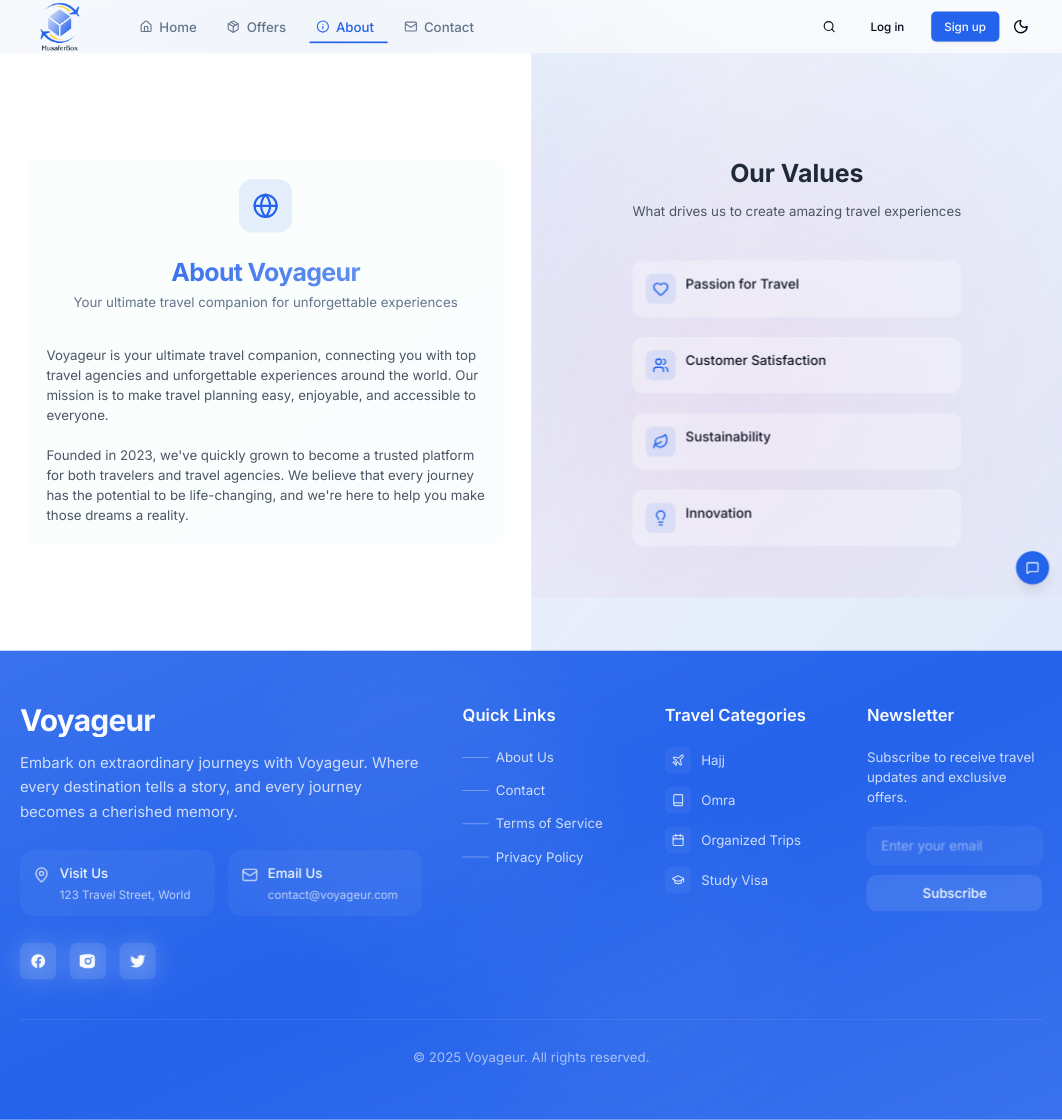
Repository: SYK3S999/musafir-box-platform
Page: /about
These files come from the project's save history. The page is drawn as it stood at one moment and after the next save; the edit follows.
The browser window is 1280 px wide. The pictures show the whole page, at 83% of full size.
The project was rebuilt for these pictures with package versions that can differ from the ones it lists, and the page was loaded fresh each time. The framework's server and built-in components were replaced by stand-ins that run in the browser. Also part of the build but not shown: next.config.mjs, components/ui/input.tsx, components/ui/avatar.tsx, components/ui/dropdown-menu.tsx.

Above is the page before, as saved 2025-02-13 00:20:41.

### app/layout.tsx
"use client"

import "./globals.css"
import { Inter } from "next/font/google"
import Header from "@/components/Header"
import Footer from "@/components/Footer"
import { Toaster } from "@/components/ui/toaster"
import { ThemeProvider } from "@/components/theme-provider"
import { AnimatePresence, motion } from "framer-motion"
import type React from "react"
import Chatbot from "@/components/Chatbot"
import { AuthProvider } from "@/contexts/AuthContext"
import { AdminProvider } from "@/contexts/AdminContext"

const inter = Inter({ subsets: ["latin"] })

// export const metadata = {
//   title: "Voyageur - Your Ultimate Travel Companion",
//   description: "Discover and book amazing travel experiences with top agencies worldwide",
// }

export default function RootLayout({
  children,
}: {
  children: React.ReactNode
}) {
  return (
    <html lang="en" suppressHydrationWarning>
      <body className={`${inter.className} min-h-screen bg-background text-foreground antialiased`}>
        <AuthProvider>
          <AdminProvider>
            <ThemeProvider attribute="class" defaultTheme="system" enableSystem>
              <div className="relative flex min-h-screen flex-col">
                <Header />
                <AnimatePresence mode="wait">
                  <motion.main
                    className="flex-1"
                    initial={{ opacity: 0, y: 20 }}
                    animate={{ opacity: 1, y: 0 }}
                    exit={{ opacity: 0, y: 20 }}
                    transition={{ duration: 0.3 }}
                  >
                    {children}
                  </motion.main>
                </AnimatePresence>
                <Footer />
              </div>
              <Toaster />
              <Chatbot />
            </ThemeProvider>
          </AdminProvider>
        </AuthProvider>
      </body>
    </html>
  )
}

### app/globals.css
@tailwind base;
@tailwind components;
@tailwind utilities;

@layer base {
  :root {
    --background: 210 40% 98%;
    --foreground: 222.2 84% 4.9%;

    --card: 0 0% 100%;
    --card-foreground: 222.2 84% 4.9%;

    --popover: 0 0% 100%;
    --popover-foreground: 222.2 84% 4.9%;

    --primary: 221 83% 53%;
    --primary-foreground: 210 40% 98%;

    --secondary: 210 40% 96.1%;
    --secondary-foreground: 222.2 47.4% 11.2%;

    --muted: 210 40% 96.1%;
    --muted-foreground: 215.4 16.3% 46.9%;

    --accent: 210 40% 96.1%;
    --accent-foreground: 222.2 47.4% 11.2%;

    --destructive: 0 84.2% 60.2%;
    --destructive-foreground: 210 40% 98%;

    --border: 214.3 31.8% 91.4%;
    --input: 214.3 31.8% 91.4%;
    --ring: 221 83% 53%;

    --radius: 0.5rem;
  }

  .dark {
    --background: 222 47% 11%;
    --foreground: 213 31% 91%;

    --card: 222 47% 11%;
    --card-foreground: 213 31% 91%;

    --popover: 222 47% 11%;
    --popover-foreground: 213 31% 91%;

    --primary: 217 91% 60%;
    --primary-foreground: 222.2 47.4% 11.2%;

    --secondary: 217 32% 17%;
    --secondary-foreground: 210 40% 98%;

    --muted: 217 32% 17%;
    --muted-foreground: 215 20% 65%;

    --accent: 217 32% 17%;
    --accent-foreground: 210 40% 98%;

    --destructive: 0 62.8% 30.6%;
    --destructive-foreground: 210 40% 98%;

    --border: 217 32% 17%;
    --input: 217 32% 17%;
    --ring: 224 76% 48%;
  }
}

@layer base {
  * {
    @apply border-border;
  }
  body {
    @apply bg-background text-foreground;
  }
}

.bg-primary-gradient {
  @apply bg-gradient-to-br from-primary/90 via-primary to-primary/90;
}

.dark .bg-primary-gradient {
  @apply bg-gradient-to-br from-primary/20 via-primary/30 to-primary/20;
}

### components/Header.tsx
"use client"

import { useState, useEffect } from "react"
import Link from "next/link"
import Image from "next/image"
import { usePathname } from "next/navigation"
import { motion, AnimatePresence } from "framer-motion"
import { Button } from "@/components/ui/button"
import { Input } from "@/components/ui/input"
import { Sheet, SheetContent, SheetTrigger } from "@/components/ui/sheet"
import { Menu, X, Search, Home, Package, Info, Mail, User, Calendar, LogOut,  LayoutDashboard,Users,Building2, } from "lucide-react"
import { ModeToggle } from "@/components/mode-toggle"
import { useAuth } from "@/contexts/AuthContext"
import { Avatar, AvatarFallback, AvatarImage } from "@/components/ui/avatar"
import {

  DropdownMenu,
  DropdownMenuContent,
  DropdownMenuItem,
  DropdownMenuLabel,
  DropdownMenuSeparator,
  DropdownMenuTrigger,
} from "@/components/ui/dropdown-menu"



const getNavItems = (role: string | undefined) => {
  const commonItems = [
    { name: "Home", path: "/", icon: Home },
    { name: "Offers", path: "/offers", icon: Package },
    { name: "About", path: "/about", icon: Info },
    { name: "Contact", path: "/contact", icon: Mail },

  ]

  const clientItems = [
    { name: "My Bookings", path: "/client/bookings", icon: Calendar },
    { name: "Wishlist", path: "/client/wishlist", icon: Package },
    { name: "Travel Alone", path: "/client/travel-alone", icon: Calendar },
    // { name: "Profile", path: "/client/profile", icon: User },
  ]

  const agencyItems = [
    { name: "My Offers", path: "/agency/offers", icon: Package },
    { name: "Reviews", path: "/agency/reviews", icon: Calendar },
    // { name: "Profile", path: "/agency/profile", icon: User },
  ]
  const adminItems = [
    { name: "Dashboard", path: "/admin/dashboard", icon: LayoutDashboard },
    { name: "Users", path: "/admin/users", icon: Users },
    { name: "Agencies", path: "/admin/agencies", icon: Building2 },
  ]

  if (role === "client") {
    return [...commonItems, ...clientItems]
  } else if (role === "agency") {
    return [...commonItems, ...agencyItems]
  } else if (role === "admin") {
    return [...commonItems, ...adminItems]
  }
  return commonItems
}

const Header = () => {
  const { user, logout } = useAuth()
  const [isSearchOpen, setIsSearchOpen] = useState(false)
  const [isMobileMenuOpen, setIsMobileMenuOpen] = useState(false)
  const [scrolled, setScrolled] = useState(false)
  const pathname = usePathname()

  const isActive = (path: string) => pathname === path

  useEffect(() => {
    const handleScroll = () => {
      setScrolled(window.scrollY > 20)
    }
    window.addEventListener("scroll", handleScroll)
    return () => window.removeEventListener("scroll", handleScroll)
  }, [])

  const navItems = getNavItems(user?.role)

  return (
    <motion.header
      className={`sticky top-0 z-50 w-full transition-all duration-300 ${
        scrolled
          ? "bg-background/80 backdrop-blur-lg shadow-lg dark:bg-background/90 dark:shadow-primary/5"
          : "bg-background/50 backdrop-blur-sm dark:bg-background/70"
      }`}
      initial={{ y: -100 }}
      animate={{ y: 0 }}
      transition={{ type: "spring", stiffness: 100, damping: 20 }}
    >
      <div className="container flex h-16 items-center px-4 sm:px-6 lg:px-8">
        <div className="mr-4 flex items-center flex-1">
          {/* Logo is now shown regardless of authentication status */}
            <Link href="/" className="mr-4 sm:mr-10 flex items-center space-x-2">
            <Image
              src="/Musafer.png"
              alt="Voyageur Logo"
              width={100}
              height={30}
              className="w-24 sm:w-20 h-auto !block ml-0" // Force visibility and move to the left
              priority
            />
            </Link>
          <nav className="hidden md:flex items-center space-x-1">
            {navItems.map((item) => (
              <Link key={item.path} href={item.path}>
                <motion.div
                  className={`px-4 py-2 rounded-lg flex items-center space-x-2 transition-colors relative ${
                    isActive(item.path)
                      ? "text-primary dark:text-primary"
                      : "text-muted-foreground hover:text-primary dark:text-muted-foreground dark:hover:text-primary"
                  }`}
                  whileHover={{ scale: 1.05 }}
                  whileTap={{ scale: 0.95 }}
                >
                  <item.icon className="w-4 h-4" />
                  <span className="font-medium">{item.name}</span>
                  {isActive(item.path) && (
                    <motion.div
                      className="absolute bottom-0 left-0 right-0 h-0.5 bg-primary"
                      layoutId="navbar-indicator"
                    />
                  )}
                </motion.div>
              </Link>
            ))}
          </nav>
        </div>


        <Sheet open={isMobileMenuOpen} onOpenChange={setIsMobileMenuOpen}>
          <SheetTrigger asChild>
            <Button variant="ghost" className="md:hidden" onClick={() => setIsMobileMenuOpen(!isMobileMenuOpen)}>
              <motion.div whileHover={{ scale: 1.1 }} whileTap={{ scale: 0.9 }}>
                {isMobileMenuOpen ? <X className="h-5 w-5" /> : <Menu className="h-5 w-5" />}
              </motion.div>
              <span className="sr-only">Toggle Menu</span>
            </Button>
          </SheetTrigger>
          <SheetContent side="left" className="w-[300px] sm:w-[400px]">
            <MobileNav navItems={navItems} />
          </SheetContent>
        </Sheet>

        <div className="flex items-center justify-end space-x-2 sm:space-x-4 flex-1">
          <AnimatePresence mode="wait">
            {isSearchOpen ? (
              <motion.div
                initial={{ width: 0, opacity: 0 }}
                animate={{ width: "100%", opacity: 1 }}
                exit={{ width: 0, opacity: 0 }}
                transition={{ duration: 0.3 }}
                className="relative"
              >
                <Input
                  type="search"
                  placeholder="Search destinations..."
                  className="pr-10 w-full md:w-[300px] lg:w-[400px] bg-background/50 backdrop-blur-sm border-primary/20 focus:border-primary"
                  autoFocus
                />
                <Button
                  size="icon"
                  variant="ghost"
                  className="absolute right-0 top-0 h-full"
                  onClick={() => setIsSearchOpen(false)}
                >
                  <X className="h-4 w-4" />
                </Button>
              </motion.div>
            ) : (
              <motion.div initial={{ scale: 0 }} animate={{ scale: 1 }} exit={{ scale: 0 }}>
                <Button
                  size="icon"
                  variant="ghost"
                  onClick={() => setIsSearchOpen(true)}
                  className="hover:bg-primary/10"
                >
                  <Search className="h-4 w-4" />
                </Button>
              </motion.div>
            )}
          </AnimatePresence>

          <nav className="flex items-center space-x-2">
            {user ? (
              <DropdownMenu>
                <DropdownMenuTrigger asChild>
                  <Button variant="ghost" className="relative h-8 w-8 rounded-full">
                    <Avatar className="h-8 w-8">
                      <AvatarImage src="/avatars/01.png" alt={user.name} />
                      <AvatarFallback>{user.name.charAt(0)}</AvatarFallback>
                    </Avatar>
                  </Button>
                </DropdownMenuTrigger>
                <DropdownMenuContent className="w-56" align="end" forceMount>
                  <DropdownMenuLabel className="font-normal">
                    <div className="flex flex-col space-y-1">
                      <p className="text-sm font-medium leading-none">{user.name}</p>
                      <p className="text-xs leading-none text-muted-foreground">{user.email}</p>
                    </div>
                  </DropdownMenuLabel>
                  <DropdownMenuSeparator />
                  <DropdownMenuItem asChild>
                    <Link href={`/${user.role}/profile`}>
                      <User className="mr-2 h-4 w-4" />
                      <span>Profile</span>
                    </Link>
                  </DropdownMenuItem>

                  <DropdownMenuSeparator />
                  <DropdownMenuItem onClick={logout}>
                    <LogOut className="mr-2 h-4 w-4" />
                    <span>Log out</span>
                  </DropdownMenuItem>
                </DropdownMenuContent>
              </DropdownMenu>
            ) : (
              <>
                <Button variant="ghost" asChild className="mr-2">
                  <Link href="/login">Log in</Link>
                </Button>
                <Button asChild>
                  <Link href="/register">Sign up</Link>
                </Button>
              </>
            )}
            <ModeToggle />
          </nav>
        </div>
      </div>
    </motion.header>
  )
}

const MobileNav = ({ navItems }: { navItems: { name: string; path: string; icon: any }[] }) => {
  return (
    <div className="min-h-screen bg-background pt-6 pb-20">
      <div className="px-6 pb-6 mb-6 border-b">
        {/* Logo in mobile menu is now shown regardless of authentication status */}
        <Link href="/" className="mr-4 sm:mr-8 flex items-center space-x-2 relative group">
          <Image
            src="/Musafer.png"
            alt="Voyageur Logo"
            width={120}
            height={40}
            className="w-24 sm:w-32"
          />
        </Link>
      </div>
      <nav className="px-3">
        {navItems.map((item) => (
          <Link key={item.path} href={item.path}>
            <motion.div
              className="flex items-center space-x-4 px-3 py-4 rounded-lg hover:bg-primary/10 transition-colors"
              whileHover={{ x: 5 }}
              whileTap={{ scale: 0.98 }}
            >
              <item.icon className="w-5 h-5" />
              <span className="font-medium">{item.name}</span>
            </motion.div>
          </Link>
        ))}
      </nav>
    </div>
  )
}

export default Header

### components/ui/toaster.tsx
"use client"

import { useToast } from "@/hooks/use-toast"
import {
  Toast,
  ToastClose,
  ToastDescription,
  ToastProvider,
  ToastTitle,
  ToastViewport,
} from "@/components/ui/toast"

export function Toaster() {
  const { toasts } = useToast()

  return (
    <ToastProvider>
      {toasts.map(function ({ id, title, description, action, ...props }) {
        return (
          <Toast key={id} {...props}>
            <div className="grid gap-1">
              {title && <ToastTitle>{title}</ToastTitle>}
              {description && (
                <ToastDescription>{description}</ToastDescription>
              )}
            </div>
            {action}
            <ToastClose />
          </Toast>
        )
      })}
      <ToastViewport />
    </ToastProvider>
  )
}

### components/theme-provider.tsx
"use client"
import { ThemeProvider as NextThemesProvider } from "next-themes"
import type { ThemeProviderProps } from "next-themes"

export function ThemeProvider({ children, ...props }: ThemeProviderProps) {
  return <NextThemesProvider {...props}>{children}</NextThemesProvider>
}

export { useTheme } from "next-themes"

### contexts/AuthContext.tsx
"use client"

import type React from "react"
import { createContext, useState, useContext, useEffect } from "react"

type User = {
  id: string
  name: string
  email: string
  phone?: string
  location?: string
  image?: string
  role: "client" | "agency" | "admin"
} | null

type AuthContextType = {
  user: User
  login: (email: string, password: string) => Promise<void>
  logout: () => void
  isLoading: boolean
}

const AuthContext = createContext<AuthContextType | undefined>(undefined)

export const useAuth = () => {
  const context = useContext(AuthContext)
  if (!context) {
    throw new Error("useAuth must be used within an AuthProvider")
  }
  return context
}

export const AuthProvider: React.FC<{ children: React.ReactNode }> = ({ children }) => {
  const [user, setUser] = useState<User>(null)
  const [isLoading, setIsLoading] = useState(true)

  useEffect(() => {
    if (typeof window !== "undefined") {
      const storedUser = localStorage.getItem("user")
      if (storedUser) {
        setUser(JSON.parse(storedUser))
      }
    }
    setTimeout(() => setIsLoading(false), 500) // Delays isLoading to avoid flicker
  }, [])


  const login = async (email: string, password: string) => {
    try {
      setIsLoading(true)

      await new Promise((resolve) => setTimeout(resolve, 1000))

      let userData: User
      if (email.includes("admin")) {
        userData = { id: "admin1", name: "Admin User", email, role: "admin" }
      } else {
        userData = { id: "1", name: "John Doe", email, role: email.includes("agency") ? "agency" : "client" }
      }

      setUser(userData)
      localStorage.setItem("user", JSON.stringify(userData))
    } catch (error) {
      console.error("Login failed:", error)
    } finally {
      setIsLoading(false)
    }
  }

  const logout = () => {
    setUser(null)
    localStorage.removeItem("user")
  }

  return <AuthContext.Provider value={{ user, login, logout, isLoading }}>{children}</AuthContext.Provider>
}

### components/ui/card.tsx
import * as React from "react"

import { cn } from "@/lib/utils"

const Card = React.forwardRef<
  HTMLDivElement,
  React.HTMLAttributes<HTMLDivElement>
>(({ className, ...props }, ref) => (
  <div
    ref={ref}
    className={cn(
      "rounded-xl border bg-card text-card-foreground shadow",
      className
    )}
    {...props}
  />
))
Card.displayName = "Card"

const CardHeader = React.forwardRef<
  HTMLDivElement,
  React.HTMLAttributes<HTMLDivElement>
>(({ className, ...props }, ref) => (
  <div
    ref={ref}
    className={cn("flex flex-col space-y-1.5 p-6", className)}
    {...props}
  />
))
CardHeader.displayName = "CardHeader"

const CardTitle = React.forwardRef<
  HTMLDivElement,
  React.HTMLAttributes<HTMLDivElement>
>(({ className, ...props }, ref) => (
  <div
    ref={ref}
    className={cn("font-semibold leading-none tracking-tight", className)}
    {...props}
  />
))
CardTitle.displayName = "CardTitle"

const CardDescription = React.forwardRef<
  HTMLDivElement,
  React.HTMLAttributes<HTMLDivElement>
>(({ className, ...props }, ref) => (
  <div
    ref={ref}
    className={cn("text-sm text-muted-foreground", className)}
    {...props}
  />
))
CardDescription.displayName = "CardDescription"

const CardContent = React.forwardRef<
  HTMLDivElement,
  React.HTMLAttributes<HTMLDivElement>
>(({ className, ...props }, ref) => (
  <div ref={ref} className={cn("p-6 pt-0", className)} {...props} />
))
CardContent.displayName = "CardContent"

const CardFooter = React.forwardRef<
  HTMLDivElement,
  React.HTMLAttributes<HTMLDivElement>
>(({ className, ...props }, ref) => (
  <div
    ref={ref}
    className={cn("flex items-center p-6 pt-0", className)}
    {...props}
  />
))
CardFooter.displayName = "CardFooter"

export { Card, CardHeader, CardFooter, CardTitle, CardDescription, CardContent }

### components/ui/button.tsx
import * as React from "react"
import { Slot } from "@radix-ui/react-slot"
import { cva, type VariantProps } from "class-variance-authority"

import { cn } from "@/lib/utils"

const buttonVariants = cva(
  "inline-flex items-center justify-center gap-2 whitespace-nowrap rounded-md text-sm font-medium transition-colors focus-visible:outline-none focus-visible:ring-1 focus-visible:ring-ring disabled:pointer-events-none disabled:opacity-50 [&_svg]:pointer-events-none [&_svg]:size-4 [&_svg]:shrink-0",
  {
    variants: {
      variant: {
        default:
          "bg-primary text-primary-foreground shadow hover:bg-primary/90",
        destructive:
          "bg-destructive text-destructive-foreground shadow-sm hover:bg-destructive/90",
        outline:
          "border border-input bg-background shadow-sm hover:bg-accent hover:text-accent-foreground",
        secondary:
          "bg-secondary text-secondary-foreground shadow-sm hover:bg-secondary/80",
        ghost: "hover:bg-accent hover:text-accent-foreground",
        link: "text-primary underline-offset-4 hover:underline",
      },
      size: {
        default: "h-9 px-4 py-2",
        sm: "h-8 rounded-md px-3 text-xs",
        lg: "h-10 rounded-md px-8",
        icon: "h-9 w-9",
      },
    },
    defaultVariants: {
      variant: "default",
      size: "default",
    },
  }
)

export interface ButtonProps
  extends React.ButtonHTMLAttributes<HTMLButtonElement>,
    VariantProps<typeof buttonVariants> {
  asChild?: boolean
}

const Button = React.forwardRef<HTMLButtonElement, ButtonProps>(
  ({ className, variant, size, asChild = false, ...props }, ref) => {
    const Comp = asChild ? Slot : "button"
    return (
      <Comp
        className={cn(buttonVariants({ variant, size, className }))}
        ref={ref}
        {...props}
      />
    )
  }
)
Button.displayName = "Button"

export { Button, buttonVariants }

### components/mode-toggle.tsx
"use client"

import { useTheme } from "next-themes"
import { Sun, Moon } from "lucide-react"

export const ModeToggle = () => {
  const { theme, setTheme } = useTheme()

  return (
    <button
      onClick={() => setTheme(theme === "dark" ? "light" : "dark")}
      className="p-2 rounded-md hover:bg-gray-100 dark:hover:bg-gray-800"
    >
      {theme === "dark" ? <Sun className="h-5 w-5" /> : <Moon className="h-5 w-5" />}
    </button>
  )
}

Loaded but not shown: hooks/use-toast.ts (common file); lib/utils.ts (common file); tailwind.config.js (80 lines, source omitted); components/Footer.tsx (198 lines, source omitted); components/Chatbot.tsx (177 lines, source omitted); contexts/AdminContext.tsx (196 lines, source omitted); app/about/page.tsx (149 lines, source omitted); components/ui/toast.tsx (129 lines, source omitted); components/ui/sheet.tsx (140 lines, source omitted)

After the next save:
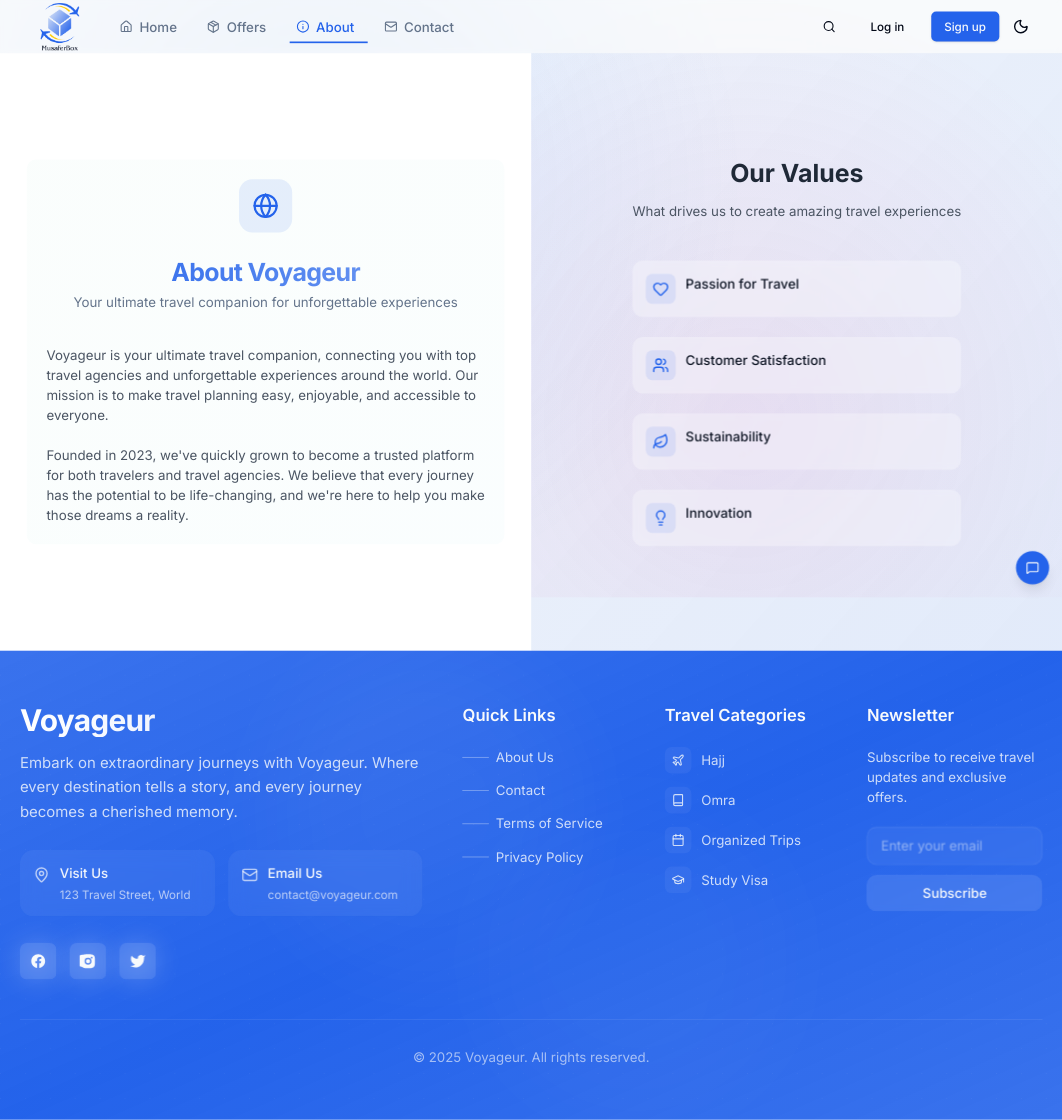
Saved 5 s later.
--- a/components/Header.tsx
+++ b/components/Header.tsx
@@ -94,7 +94,7 @@ const Header = () => {
       <div className="container flex h-16 items-center px-4 sm:px-6 lg:px-8">
         <div className="mr-4 flex items-center flex-1">
           {/* Logo is now shown regardless of authentication status */}
-            <Link href="/" className="mr-4 sm:mr-10 flex items-center space-x-2">
+            <Link href="/" className="mr-4 sm:mr-ç flex items-center space-x-2">
             <Image
               src="/Musafer.png"
               alt="Voyageur Logo"
